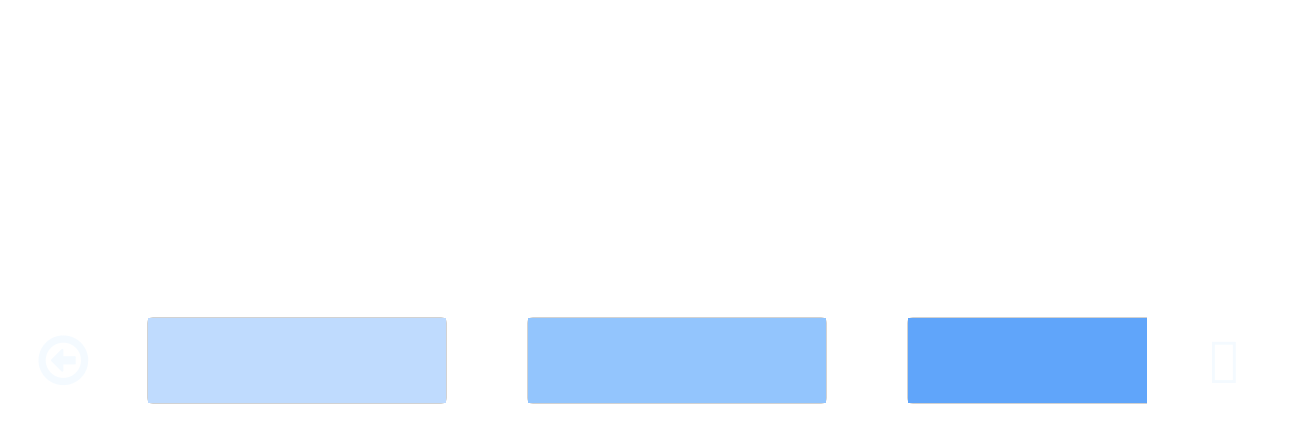
Repository: go23rishu/BagsWebsite
Page: bucketbagcarousel.html
An editor plug-in stored every save of this project. The page is shown before and after the next save, followed by the edit.
The browser window is 1280 px wide. The page is 1301 px wide, then 1305 px, so the pictures cover 1305 px, including what lies to the right of the window. The pictures show the whole page.
Some web fonts or font styles are not loaded; a fallback is used. Some web libraries are served in a nearby version.

Above is the page before, as saved 2023-06-21 14:23:12.

### bucketbagcarousel.html
<!DOCTYPE html>
<html lang="en">

<head>
  <meta charset="UTF-8">
  <title>CodePen - Simple vanilla js carousel</title>
  <script src="https://cdn.tailwindcss.com"></script>
  <link rel="stylesheet" href="./bucketbagcarousel.css">
  <link rel="stylesheet" href="https://cdn.jsdelivr.net/npm/@fortawesome/fontawesome-free@6.2.1/css/fontawesome.min.css"
    integrity="sha384-QYIZto+st3yW+o8+5OHfT6S482Zsvz2WfOzpFSXMF9zqeLcFV0/wlZpMtyFcZALm" crossorigin="anonymous">
  <!-- Latest compiled and minified CSS -->
  <link href="https://cdn.jsdelivr.net/npm/bootstrap@5.2.3/dist/css/bootstrap.min.css" rel="stylesheet">
  <!-- Latest compiled JavaScript -->
  <script src="https://cdn.jsdelivr.net/npm/bootstrap@5.2.3/dist/js/bootstrap.bundle.min.js"></script>
  <link rel="stylesheet" href="https://cdnjs.cloudflare.com/ajax/libs/font-awesome/4.7.0/css/font-awesome.min.css">
  <link rel="preconnect" href="https://fonts.googleapis.com">
  <link rel="preconnect" href="https://fonts.gstatic.com" crossorigin>
  <link
    href="https://fonts.googleapis.com/css2?family=Italiana&family=Kumbh+Sans:wght@200;300;400;500;600;700;800;900&display=swap"
    rel="stylesheet">
  <link href="https://fonts.googleapis.com/css2?family=Italiana&display=swap" rel="stylesheet">
</head>

<body>
  <!-- partial:index.partial.html -->

  <div class="h-screen grid place-content-center carousel">

    <section class="flex">
      <div class="h-fit my-auto mx-2">
        <button id="prev">
          <i class="fa fa-arrow-circle-o-left" aria-hidden="true"></i> </button>
      </div>
      <div id="slider" class="w-[1000px] flex overflow-hidden h-[300px]scroll-smooth">

        <div id="slider-container" class="flex">
          <article class="card w-[300px]">
            <div class="w-full h-full bg-blue-200"></div>
          </article>
          <article class="card w-[300px] ml-20">
            <div class="w-full h-full bg-blue-300"></div>
          </article>
          <article class="card w-[300px] ml-20">
            <div class="w-full h-full bg-blue-400"></div>
          </article>
          <article class="card w-[300px] ml-20">
            <div class="w-full h-full bg-blue-500"></div>
          </article>
          <article class="card w-[300px] ml-20">
            <div class="w-full h-full bg-blue-600"></div>
          </article>
          <article class="card w-[300px] ml-20">
            <div class="w-full h-full bg-blue-700"></div>
          </article>
          <article class="card w-[300px] ml-20">
            <div class="w-full h-full bg-blue-800"></div>
          </article>
          <article class="card w-[300px] ml-20">
            <div class="w-full h-full bg-blue-900 grid content-center text-center">
              <p class="text-3xl font-bold">JS is fun ! :D</p>
            </div>
          </article>
        </div>


      </div>
      <div class="h-fit my-auto mx-2">
        <button id="next"> <i class="fa-light fa-caret-right"></i></i> </button>
      </div>
    </section>


    <style>
      .slider {
        scrollbar-width: none;
        /* Firefox */
        -ms-overflow-style: none;
        /* Internet Explorer 10+ */
      }

      /* WebKit */
      .slider::-webkit-scrollbar {
        width: 0;
        height: 0;
      }
    </style>





  </div>
  <!-- partial -->
  <script src="./bucketbagcarousel.js"></script>

</body>

</html>

### bucketbagcarousel.css
.carousel {
  background-color: white;
}
#prev i,
#next i {
  font-size: 58px;
  color: rgba(240, 248, 255, 0.749);
  font-weight: 200;
  padding: 0vh 4vw;
}
.card {
  background-color: none !important;
  font-family: "Kumbh Sans", sans-serif;
}
.carousel h1 {
  color: white;
  font-size: 25px;
  margin-top: 10px;
  font-weight: 600;
}
.carousel p {
  font-size: 16px;
  /* width: 100px; */
  color: rgba(255, 255, 255, 0.449);
  margin-top: 10px;
  width: 300px;
  margin-left: 20%;
}
.carousel label {
  font-size: 22px;
  color: whitesmoke;
  font-weight: 600;
}
.carousel .add-to-cart-carousel {
  background-color: orange;
  color: white;
  font-size: 14px;
  padding: 5px 5px;
  width: 120px;
  border: none;
  border-radius: 5px;
  margin-left: 38%;
  margin-top: 15px;
}

### bucketbagcarousel.js
const slidesContainer = document.querySelector('#slider')
const cards = document.querySelectorAll(".card");
const cardWidth = document.querySelector(".card").clientWidth
const prevButton = document.getElementById("prev");
const nextButton = document.getElementById("next");

let currentCard = 0

nextButton.addEventListener("click", (event) => {
  if(currentCard < cards.length - 1){
     currentCard += 1
  }else{
    currentCard = 0
  }

  slidesContainer.scrollLeft = cardWidth * currentCard
});

prevButton.addEventListener("click", (event) => {
   if(currentCard > 0){
     currentCard -= 1
   }else{
     currentCard = cards.length - 1
   }

  slidesContainer.scrollLeft = cardWidth * currentCard
});

After the next save:
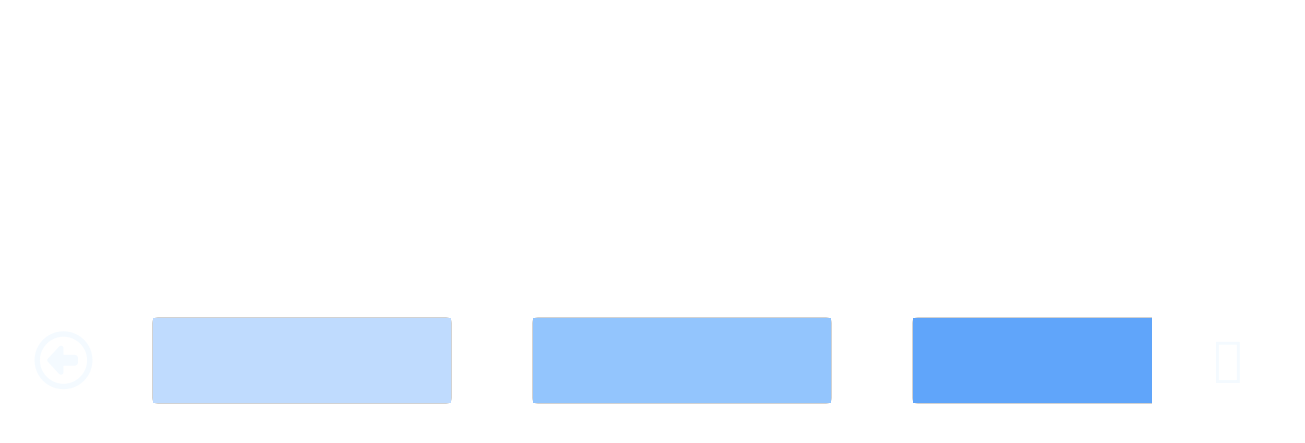
Saved 6 min 47 s later.
--- a/bucketbagcarousel.html
+++ b/bucketbagcarousel.html
@@ -19,6 +19,7 @@
     href="https://fonts.googleapis.com/css2?family=Italiana&family=Kumbh+Sans:wght@200;300;400;500;600;700;800;900&display=swap"
     rel="stylesheet">
   <link href="https://fonts.googleapis.com/css2?family=Italiana&display=swap" rel="stylesheet">
+  <script src="https://kit.fontawesome.com/b702b61de4.js" crossorigin="anonymous"></script>
 </head>
 
 <body>
